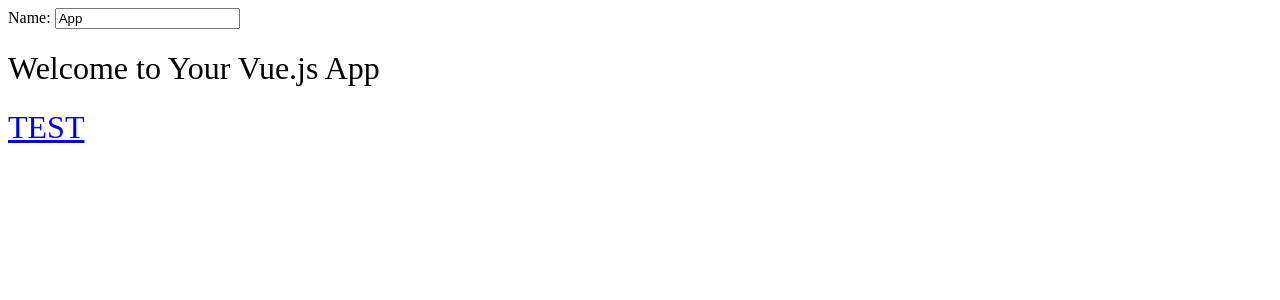
Repository: SusieChang/vue-typescript-sample
Page: /HelloWorld
These files come from the project's save history. The page is drawn as it stood at one moment and after the next save; the edit follows.
The browser window is 1280 px wide. The pictures show the whole page.
The project was rebuilt for these pictures with package versions that can differ from the ones it lists, and the page was loaded fresh each time.

Above is the page before, as saved 2019-02-12 17:32:39.

After the next save:
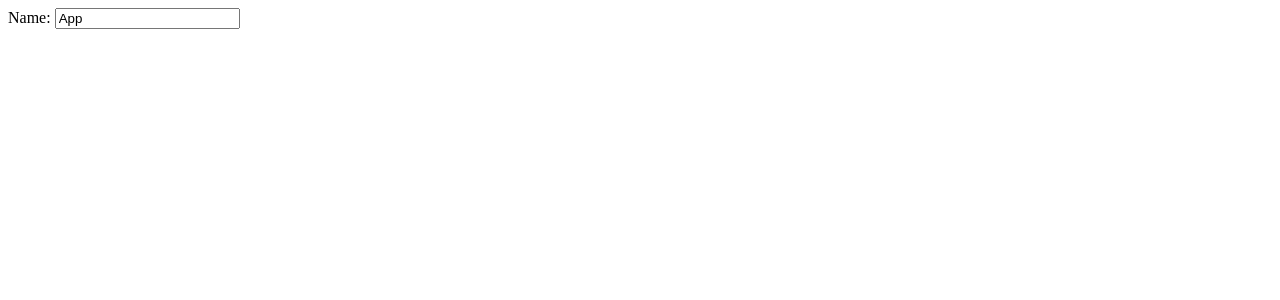
Saved 43 s later.
--- a/src/components/AdvanceHead.vue
+++ b/src/components/AdvanceHead.vue
@@ -8,13 +8,11 @@
     })
     .join('')
 }
-export default Vue.component('SimpleHead', {
-  props: {
-    level: {
-      type: Number,
-      required: true
-    }
-  },
+
+@Component
+export class AdvanceHead extends Vue {
+  @Prop(Number) level!: number
+
   render (h: CreateElement) {
     // 创建 kebab-case 风格的ID
     let headingId = getChildrenTextContent(this.$slots.default)
@@ -34,5 +32,5 @@
       )
     ])
   }
-})
+}
 </script>

After the 4 saves that followed:
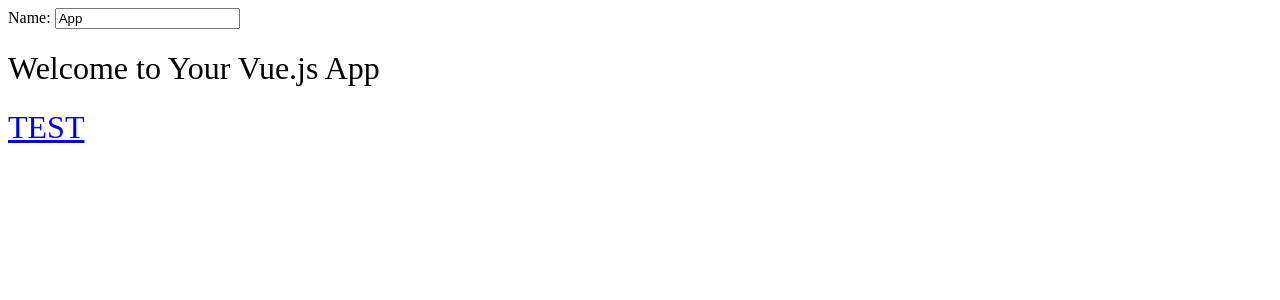
The 4 saves are shown as one change because 3 left the picture as it was.
The last was saved 4 min 4 s later.
--- a/src/components/AdvanceHead.vue
+++ b/src/components/AdvanceHead.vue
@@ -8,9 +8,8 @@
     })
     .join('')
 }
-
 @Component
-export class AdvanceHead extends Vue {
+export default class AdvanceHead extends Vue {
   @Prop(Number) level!: number
 
   render (h: CreateElement) {
